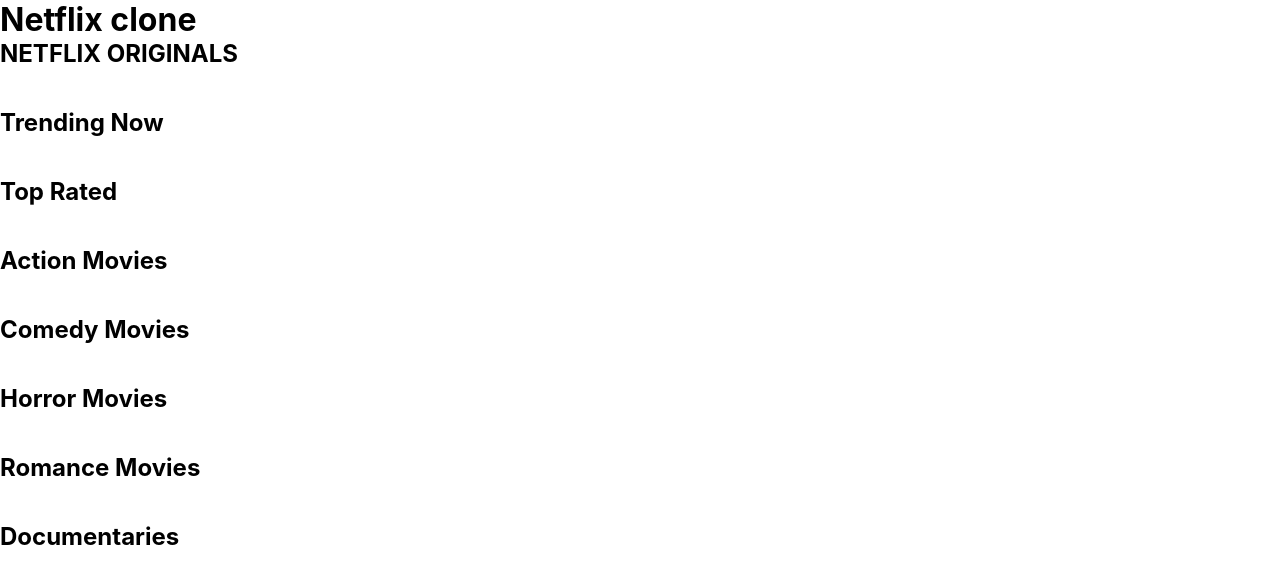
Repository: digiangler/netflix-clone
Page: /
The author's editor kept a copy of each file at every save. The page is drawn from the files as they stood at one save, then again after the next save.
The browser window is 1280 px wide. The pictures show the whole page.
The page's requests for data from a server got no answer. The project was rebuilt for these pictures with package versions that can differ from the ones it lists, and the page was loaded fresh each time. No one was signed in, and anything a server would have sent is missing.

Above is the page before, as saved 2020-09-18 16:24:49.

### src/App.js
import React from "react";

import "./App.css";
import Row from "./Row";
import requests from "./requests";

function App() {
  return (
    <div className='app'>
      <h1>Netflix clone</h1>

      <Row
        title='NETFLIX ORIGINALS'
        fetchUrl={requests.fetchNetflixOriginals}
        isLargeRow={true}
      />

      <Row title='Trending Now' fetchUrl={requests.fetchTrending} />
      <Row title='Top Rated' fetchUrl={requests.fetchTopRated} />
      <Row title='Action Movies' fetchUrl={requests.fetchActionMovies} />
      <Row title='Comedy Movies' fetchUrl={requests.fetchComedyMovies} />
      <Row title='Horror Movies' fetchUrl={requests.fetchHorrorMovies} />
      <Row title='Romance Movies' fetchUrl={requests.fetchRomanceMovies} />
      <Row title='Documentaries' fetchUrl={requests.fetchDocumentaries} />
    </div>
  );
}

export default App;

### src/Row.js
import React, { useEffect, useState } from "react";

import "./Row.css";
import "./Row.js";
import axios from "./axios";

const base_url = "https://image.tmdb.org/t/p/original/";

function Row({ title, fetchUrl, isLargeRow }) {
  const [movies, setMovies] = useState([]);

  // a snippet of code which runs based on a specific condition
  useEffect(() => {
    // if [], run once when the row loads, and don't run again
    async function fetchData() {
      //   console.log(fetchUrl);
      const request = await axios.get(fetchUrl);
      //   console.log(request);
      setMovies(request.data.results);
      return request;
    }
    fetchData();
  }, [fetchUrl]);

  console.table(movies);

  return (
    <div className='row'>
      <h2>{title}</h2>

      <div className='row__posters'>
        {/* row__poster */}
        {movies.map((movie) => (
          <img
            key={movie.id}
            className={`row__poster ${isLargeRow && "row__posterLarge"}`}
            src={`${base_url}${
              isLargeRow ? movie.poster_path : movie.backdrop_path
            }`}
            alt={movie.name}
          />
        ))}
      </div>
    </div>
  );
}

export default Row;

### src/requests.js
const API_KEY = "8712b0610496fec8b39847307d977e5f";

const requests = {
  fetchTrending: `/trending/add/week?api_key=${API_KEY}&language=ja-JP`,
  fetchNetflixOriginals: `/discover/tv?api_key=${API_KEY}&with_networks=213`,
  fetchTopRated: `/movie/top_rated?api_key=${API_KEY}&language=ja-JP`,
  fetchActionMovies: `/discover/movie?api_key=${API_KEY}&with_genres=28`,
  fetchComedyMovies: `/discover/movie?api_key=${API_KEY}&with_genres=35`,
  fetchHorrorMovies: `/discover/movie?api_key=${API_KEY}&with_genres=27`,
  fetchRomanceMovies: `/discover/movie?api_key=${API_KEY}&with_genres=10749`,
  fetchDocumentaries: `/discover/movie?api_key=${API_KEY}&with_genres=99`,
};

export default requests;

### src/Row.css
.row__posters {
  display: flex;
  overflow-y: hidden;
  overflow-x: scroll;
  padding: 20px;
}

.row__posters::-webkit-scrollbar {
  display: none;
}

.row__poster {
  object-fit: contain;
  width: 100%;
  max-height: 100px;
  margin-right: 10px;
  transition: transform 450ms;
}

.row__poster:hover {
  transform: scale(1.08);
}

.row__posterLarge {
  max-height: 250px;
}

.row__posterLarge:hover {
  transform: scale(1.09);
  opacity: 1;
}

### src/axios.js
import axios from "axios";

/** base url to make requests to the movie database */
const instance = axios.create({
  baseURL: "https://api.themoviedb.org/3",
});

export default instance;

Loaded but not shown: public/index.html (common file); src/index.js (common file); src/index.css (common file); src/serviceWorker.js (common file); src/App.css (common file)

After the next save:
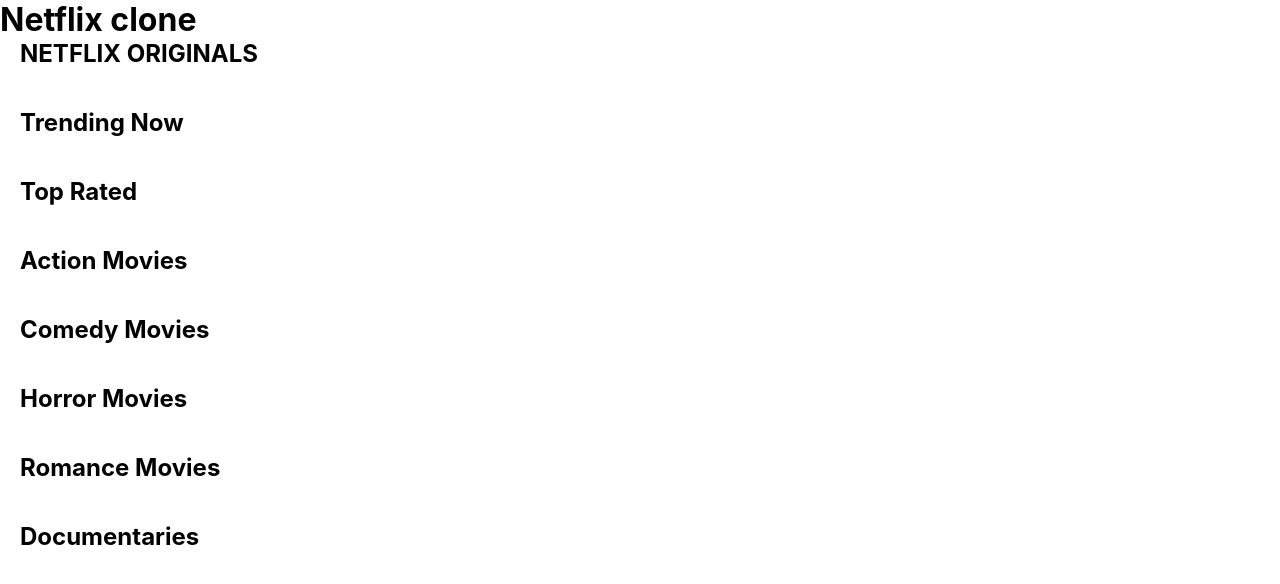
Saved 2 min 33 s later.
--- a/src/Row.css
+++ b/src/Row.css
@@ -1,3 +1,7 @@
+.row {
+  margin-left: 20px;
+}
+
 .row__posters {
   display: flex;
   overflow-y: hidden;
